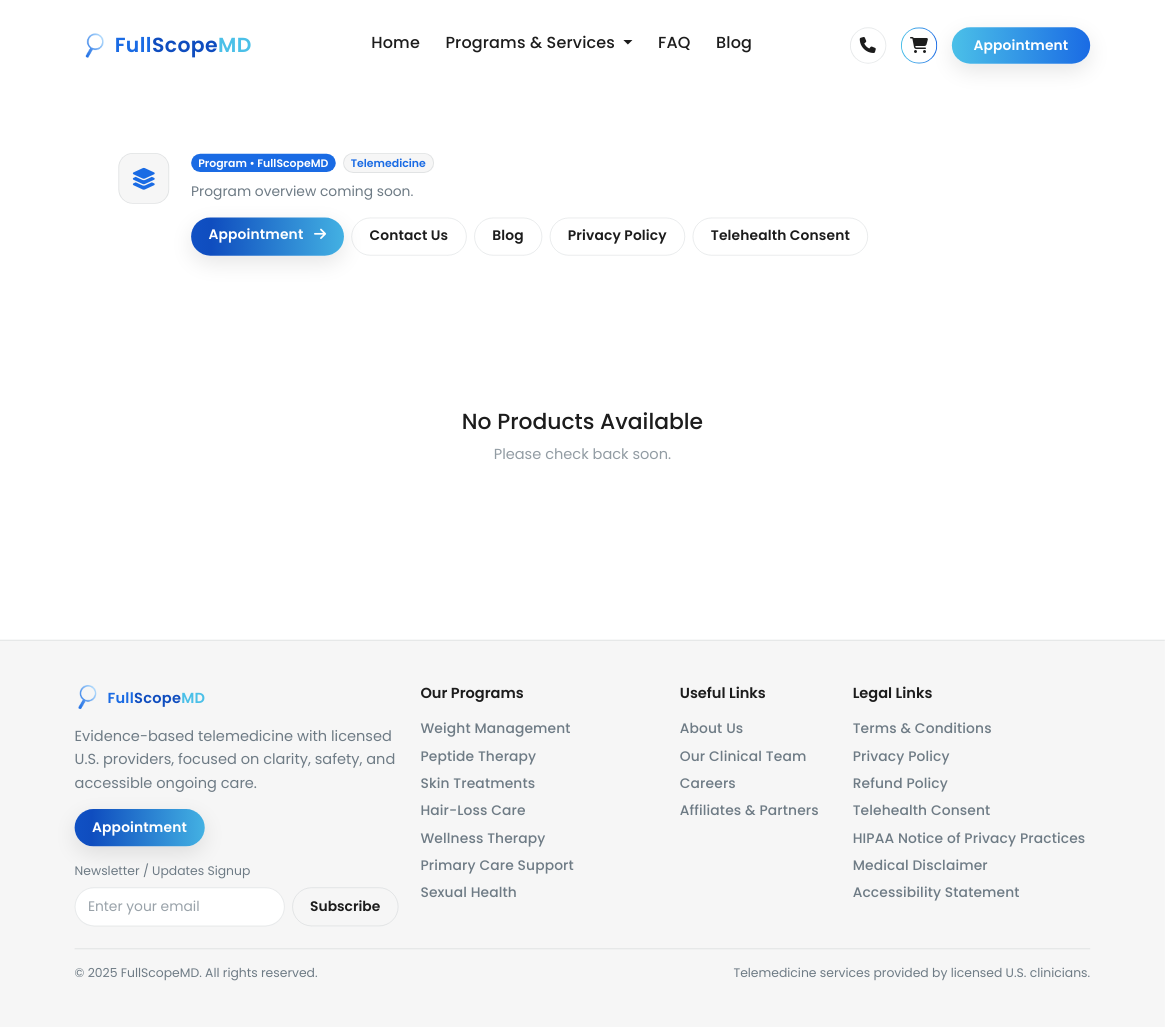
Repository: Jane-Li18/fullscopeMD
Page: app_fsMD/templates/category/prgrms_dtls.html
These files come from the project's save history. The page is drawn as it stood at one moment and after the next save; the edit follows.
The browser window is 1280 px wide. The pictures show the whole page, at 91% of full size.
The page is served by the project's application, run on Django 5.2 (manage.py). Other server files are loaded and not shown. The page reads the database file committed with the project. The template is opened directly, without the code that normally fills it, so the values that code supplies are empty.

Above is the page before, as saved 2025-12-20 00:12:30.

### app_fsMD/templates/category/prgrms_dtls.html
{% extends "base.html" %}
{% load static %}

{% block title %}{{ category.name }}{% endblock %}

{% block content %}

<section class="py-5">
  <div class="container py-2 py-lg-4">

    <div class="row justify-content-center mb-4">
      <div class="col-12 col-lg-12">
        <div class="p-lg-5 bg-white fade-in-up fade-in delay-1 fade-blocked">
          <div class="d-flex flex-column flex-md-row align-items-start gap-3 gap-lg-4">

            <div class="flex-shrink-0">
              <div class="rounded-4 d-inline-flex align-items-center justify-content-center bg-muted border-brand"
                   style="width:56px;height:56px;">
                <i class="fa-solid fa-layer-group fs-4 text-primary-accent"></i>
              </div>
            </div>

            <div class="flex-grow-1">
              <div class="d-flex flex-wrap align-items-center gap-2 mb-2">
                <span class="badge rounded-pill bg-primary-accent">
                  {% if category.kind == "service" %}
                    Service
                  {% else %}
                    Program
                  {% endif %}
                  • FullScopeMD
                </span>
                <span class="badge rounded-pill bg-muted border-brand text-primary-accent">Telemedicine</span>
              </div>

              <h1 class="mb-2">{{ category.name }}</h1>

              {% if category.short_description %}
                <p class="mb-0 text-body-sm">{{ category.short_description|linebreaksbr }}</p>
              {% else %}
                <p class="mb-0 text-body-sm">Program overview coming soon.</p>
              {% endif %}

              <div class="d-flex flex-wrap gap-2 mt-3">
                <a href="#appointment" class="btn btn-primary btn-sm">
                  Appointment <i class="fa-solid fa-arrow-right ms-2 icon-solid"></i>
                </a>
                <a href="{% url 'contact' %}" class="btn btn-outline-primary btn-sm">Contact Us</a>
                <a href="{% url 'blgs_updts' %}" class="btn btn-outline-primary btn-sm">Blog</a>
                <a href="{% url 'privacy_policy' %}" class="btn btn-outline-primary btn-sm">Privacy Policy</a>
                <a href="{% url 'telehealth_consent' %}" class="btn btn-outline-primary btn-sm">Telehealth Consent</a>
              </div>
            </div>

          </div>
        </div>
      </div>
    </div>

    {# ✅ ONLY products for this category are already in `products` from your view #}
    {# ✅ Hide filter bar by passing categories=None #}
    {% include "home/h_prdcts.html" with show_header=False categories=None products=products %}

    {% if category.long_description %}
      <div class="row justify-content-center mt-5">
        <div class="col-12 col-lg-10">
          <div class="p-4 p-lg-5 bg-muted rounded-4 border-brand shadow-sm-brand fade-in-up fade-in delay-3 fade-blocked scroll-animate">

            <div class="d-flex align-items-center gap-2 mb-2">
              <i class="fa-solid fa-shield-heart text-primary-accent"></i>
              <h2 class="mb-0" style="font-size: var(--font-size-h3);">Clinical overview</h2>
            </div>

            <div class="text-body-sm">{{ category.long_description|linebreaksbr }}</div>

            <div class="d-flex flex-wrap gap-2 mt-3">
              <a href="#appointment" class="btn btn-primary btn-sm">Appointment</a>
              <a href="{% url 'contact' %}" class="btn btn-outline-primary btn-sm">Contact Us</a>
              <a href="{% url 'terms_conditions' %}" class="btn btn-outline-primary btn-sm">Terms</a>
              <a href="{% url 'privacy_policy' %}" class="btn btn-outline-primary btn-sm">Privacy</a>
            </div>

          </div>
        </div>
      </div>
    {% endif %}

  </div>
</section>

{% endblock content %}

### db.sqlite3 (the tables this page reads, as SQL)
CREATE TABLE "app_fsMD_category" ("id" integer NOT NULL PRIMARY KEY AUTOINCREMENT, "name" varchar(120) NOT NULL UNIQUE, "slug" varchar(140) NOT NULL UNIQUE, "sort_order" integer unsigned NOT NULL CHECK ("sort_order" >= 0), "is_active" bool NOT NULL, "long_description" text NOT NULL, "short_description" text NOT NULL, "image" varchar(100) NULL, "kind" varchar(10) NOT NULL);
INSERT INTO "app_fsMD_category" VALUES
(1, 'Weight Management', 'weight-management', 1, 1, 'Our Weight Management program provides structured, medically supervised care built around your goals. You’ll receive clinician-guided dosing plans, access to evidence-based medications when appropriate, and consistent follow-up support to help you stay on track. This program focuses on safe, sustainable progress with clear guidance, progress monitoring, and adjustments over time for the best long-term outcomes.', 'Personalized, provider-guided weight management programs using clinically supported medications to help you lose weight safely and sustainably.', 'categories/weight-management/card1.jpg', 'program'),
(2, 'Peptide Therapy', 'peptide-therapy', 2, 1, 'Our Peptide Therapy program offers evidence-informed peptide protocols tailored to your needs and monitored by a provider. Plans are designed to support metabolic efficiency, recovery, energy balance, and sleep quality. Your treatment is guided with ongoing oversight, progress tracking, and adjustments as needed—so you get a personalized approach focused on safety, tolerability, and measurable wellness improvements.', 'Targeted peptide protocols designed to support metabolism, recovery, energy, sleep, and whole-body wellness—guided by licensed providers.', 'categories/peptide-therapy/card2.jpg', 'program'),
(3, 'Skin Treatments', 'skin-treatments', 3, 1, 'Our Skin Treatments program provides medical-grade, prescription skincare built around your specific concerns and skin type. Providers create tailored protocols to improve clarity, texture, and tone—addressing common issues like acne, aging, hyperpigmentation, and inflammation. Care includes guidance on how to use treatments correctly, expected timelines, and follow-up support to optimize results safely.', 'Prescription-based skincare for acne, aging, discoloration, inflammation, and other dermatologic concerns—personalized to your skin.', 'categories/skin-treatments/card3.jpg', 'program'),
(4, 'Hair-Loss Care', 'hair-loss-care', 4, 1, 'Our Hair-Loss Care program offers personalized treatment plans for both men and women, using clinically supported oral and topical therapies. Your provider evaluates your goals and hair concerns, then recommends a plan designed to support regrowth, thickness, and long-term density. Ongoing monitoring helps ensure your regimen remains effective, well-tolerated, and aligned with your progress.', 'Clinically supported hair-loss treatments for men and women, including oral and topical options to support regrowth and density.', 'categories/hair-loss-care/card4.jpg', 'program'),
(5, 'Wellness Therapy', 'wellness-therapy', 5, 1, 'Our Wellness Therapy program includes evidence-based nutrient and wellness-support options aimed at improving daily energy, metabolic function, and overall vitality. Treatment plans are provider-directed and aligned with your goals, with protocols selected to support performance and well-being. You’ll receive clear guidance, safety-focused oversight, and adjustments over time to help you feel and function at your best.', 'Wellness-support therapies like B12, MIC+B12, NAD+, and more—designed to improve energy, metabolism, and overall vitality.', 'categories/wellness-therapy/card5.jpg', 'program'),
(6, 'Primary Care Support', 'primary-care-support', 6, 1, 'Our Primary Care Support program makes it easier to get timely medical guidance for common concerns and ongoing health needs. With swift access to care and real-time provider consultations, you can address everyday issues, manage chronic conditions, and receive dependable follow-up without unnecessary delays. The focus is simple, accessible medical support with continuity and clarity.', 'Telehealth visits for everyday medical needs and chronic care support—with fast access to licensed clinicians and reliable follow-up.', 'categories/primary-care-support/card6.jpg', 'service'),
(7, 'Sexual Health', 'sexual-health', 7, 1, 'Our Sexual Health program provides discreet, provider-led telehealth care focused on assessment, education, and personalized treatment options. You’ll receive a clinical evaluation, clear recommendations, and follow-up support to help address sexual health concerns safely and effectively. Care is confidential, medically guided, and designed to support long-term outcomes—not just short-term fixes.', 'Confidential, clinician-led telehealth care for sexual health concerns—complete with evaluation, treatment options, and ongoing support.', 'categories/sexual-health/card7.jpg', 'program');

CREATE TABLE "app_fsMD_product" ("id" integer NOT NULL PRIMARY KEY AUTOINCREMENT, "name" varchar(200) NOT NULL UNIQUE, "slug" varchar(220) NOT NULL UNIQUE, "short_details" text NOT NULL, "long_details" text NOT NULL, "price" decimal NOT NULL, "quantity" integer unsigned NOT NULL CHECK ("quantity" >= 0), "discount_type" varchar(10) NOT NULL, "discount_value" decimal NOT NULL, "is_active" bool NOT NULL, "requires_prescription" bool NOT NULL, "requires_consultation" bool NOT NULL, "created_at" datetime NOT NULL, "updated_at" datetime NOT NULL, "category_id" bigint NOT NULL REFERENCES "app_fsMD_category" ("id") DEFERRABLE INITIALLY DEFERRED, "main_image" varchar(100) NOT NULL);
INSERT INTO "app_fsMD_product" VALUES
(1, 'Semaglutide (GLP-1)', 'semaglutide-glp-1', 'Semaglutide is a clinically proven GLP-1 medication that helps reduce appetite, support steady fat loss, and improve metabolic balance. It enhances satiety, lowers cravings, and makes it easier to maintain consistent habits for long-term weight management.', 'Semaglutide is a GLP-1 receptor agonist that mimics the body’s natural hormone responsible for regulating appetite, digestion, and glucose control. By slowing gastric emptying and increasing feelings of fullness, Semaglutide helps reduce caloric intake, stabilize blood sugar levels, and support clinically significant weight reduction.

This medication is compounded through accredited U.S. pharmacies and prescribed only after a licensed provider reviews your medical history. Treatment begins at the lowest dose and is gradually increased under provider guidance to ensure safety, minimize side effects, and achieve optimal results. Semaglutide is recommended for adults seeking medically supervised weight management with structured dosing, ongoing monitoring, and evidence-based outcomes.', 100, 99, 'none', 0, 1, 1, 0, '2025-12-14 16:28:48.986412', '2025-12-19 19:00:31.990109', 1, 'products/semaglutide-glp-1/main/Semaglutide_0zCV37U.png'),
(3, 'Tirzepatide', 'tirzepatide', 'Tirzepatide is a powerful, modern weight-loss medication designed to help reduce appetite and support steady, sustainable fat loss. It works by enhancing feelings of fullness and helping the body respond better to food, making it easier to stay consistent with a healthier lifestyle.', 'Tirzepatide is a dual-incretin agonist that activates both GLP-1 and GIP hormone receptors. These pathways regulate appetite, gastric emptying, glucose control, and overall metabolic efficiency. By targeting both mechanisms, Tirzepatide can significantly reduce caloric intake, improve insulin sensitivity, and support meaningful weight reduction over time.This medication is compounded through accredited U.S. pharmacies and prescribed only after a licensed provider reviews your health history. Treatment begins at the lowest available dose and is gradually increased under provider direction to ensure safety, tolerability, and optimal clinical outcomes. Tirzepatide is recommended for adults seeking medically supervised weight management with structured dosing, ongoing monitoring, and evidence-based treatment results.', 120, 99, 'none', 0, 1, 0, 0, '2025-12-16 17:29:51.319305', '2025-12-19 19:00:01.518968', 1, 'products/tirzepatide/main/Tirzepatide_iG3dHCp.png'),
(4, 'AOD-9604 / MOTS-C / Tesamorelin', 'aod-9604-mots-c-tesamorelin', 'AOD-9604 / MOTS-C / Tesamorelin is an advanced peptide combination designed to support fat metabolism, metabolic efficiency, and body composition. This multi-pathway approach targets fat breakdown, cellular energy production, and growth hormone signaling to help optimize metabolic health under medical supervision.', 'AOD-9604 / MOTS-C / Tesamorelin is a coordinated peptide combination formulated to support metabolic performance and body composition through multiple pathways.

AOD-9604 is a synthetic peptide derived from a specific fragment of human growth hormone (HGH) that supports fat metabolism by stimulating lipolysis and reducing fat storage without affecting appetite, insulin levels, or endogenous growth hormone production.

MOTS-C is a mitochondrial-derived peptide involved in regulating cellular energy balance, insulin sensitivity, and metabolic signaling. It supports mitochondrial efficiency and glucose utilization, contributing to improved metabolic performance and energy regulation.

Tesamorelin is a growth hormone–releasing hormone (GHRH) analog that stimulates the body’s natural production of growth hormone. By enhancing physiologic GH secretion, Tesamorelin supports fat metabolism, particularly visceral fat reduction, while maintaining normal feedback control within the endocrine system.

Together, AOD-9604, MOTS-C, and Tesamorelin provide a comprehensive metabolic support strategy by addressing fat breakdown, cellular energy production, and growth hormone signaling simultaneously. This coordinated approach supports improvements in body composition, metabolic efficiency, and long-term wellness when used as part of a medically supervised program.

This peptide combination is compounded through accredited U.S. pharmacies and prescribed only after a licensed provider reviews your health history. Treatment protocols are individualized and adjusted under provider oversight to ensure safety, tolerability, and appropriate clinical monitoring. AOD-9604 / MOTS-C / Tesamorelin is recommended for adults seeking medically supervised metabolic optimization, body composition support, and evidence-based peptide therapy.', 150, 99, 'none', 0, 1, 1, 0, '2025-12-16 17:34:08.380807', '2025-12-19 19:00:25.231508', 1, 'products/aod-9604-mots-c-tesamorelin/main/AOD-9604__MOTS-C__Tesamorelin_nt6RE6l.png'),
(5, 'AOD-9604 / MOTS-C', 'aod-9604-mots-c', 'AOD-9604 / MOTS-C is an advanced peptide therapy designed to support fat metabolism, cellular energy production, and overall metabolic health. This combination helps promote fat loss while supporting mitochondrial function, making it well-suited for individuals focused on body composition and metabolic optimization.', 'AOD-9604 / MOTS-C is a dual-peptide therapy formulated to support metabolic performance and body composition through complementary mechanisms.

AOD-9604 is a synthetic peptide derived from a specific fragment of human growth hormone (HGH) that targets fat metabolism by stimulating lipolysis and reducing fat storage without impacting appetite, growth hormone levels, or blood sugar regulation.

MOTS-C is a mitochondrial-derived peptide that plays a role in regulating energy balance, insulin sensitivity, and metabolic signaling. It supports cellular efficiency by enhancing glucose utilization and promoting healthy mitochondrial activity, which is essential for energy production and metabolic performance.

Together, AOD-9604 and MOTS-C provide a complementary approach to metabolic support by targeting both fat breakdown and cellular energy pathways. This dual mechanism supports improved body composition, metabolic efficiency, and sustainable wellness outcomes over time.

This peptide combination is compounded through accredited U.S. pharmacies and provided only after a licensed provider reviews your health history. Treatment protocols are individualized and guided by clinical oversight to ensure safety, tolerability, and alignment with patient goals. AOD-9604 / MOTS-C is recommended for adults seeking medically supervised metabolic support, fat-loss optimization, and evidence-based peptide therapy.', 200, 99, 'none', 0, 1, 0, 0, '2025-12-16 17:39:54.386269', '2025-12-19 19:00:18.417207', 1, 'products/aod-9604-mots-c/main/AOD-9604__MOTS-C_8ZiSQWs.png'),
(6, 'AOD-9604', 'aod-9604', 'AOD-9604 is a targeted peptide therapy designed to support fat metabolism and body composition. It helps encourage fat breakdown without affecting appetite or blood sugar, making it an option for individuals focused on metabolic support and fat-loss optimization.', 'AOD-9604 is a synthetic peptide derived from a specific fragment of human growth hormone (HGH). It is designed to stimulate lipolysis (fat breakdown) while limiting lipogenesis (fat storage), supporting a healthier metabolic profile without influencing growth hormone or insulin levels.

Unlike traditional weight-loss medications, AOD-9604 works at the cellular level to enhance fat metabolism without suppressing appetite or altering glucose regulation. This makes it a complementary option for patients seeking body composition support as part of a broader wellness or weight-management plan.

This peptide is compounded through accredited U.S. pharmacies and provided only after a licensed provider reviews your health history. Treatment protocols are individualized and guided by clinical oversight to ensure safety, tolerability, and alignment with patient goals. AOD-9604 is recommended for adults seeking medically supervised metabolic support, fat-loss optimization, and evidence-based peptide therapy.', 250, 99, 'none', 0, 1, 0, 0, '2025-12-16 17:40:19.528969', '2025-12-19 19:00:11.127993', 1, 'products/aod-9604/main/AOD-9604_hJqFNTx.png');

Loaded but not shown: app_fsMD/static/css/style.css (library); app_fsMD/static/css/navbar.css (library); app_fsMD/static/css/home/h_home.css (library); app_fsMD/static/js/script.js (1209 lines, source omitted); app_fsMD/templates/navbar/navsidebar.html (208 lines, source omitted); app_fsMD/views.py (322 lines, source omitted); app_fsMD/templates/navbar/navbar.html (164 lines, source omitted); app_fsMD/templates/home/h_prdcts.html (141 lines, source omitted); app_fsMD/templates/base.html (141 lines, source omitted); app_fsMD/models.py (168 lines, source omitted); app_fsMD/templates/footer.html (111 lines, source omitted); app_fsMD/static/css/components/appointment.css (36 lines, source omitted); app_fsMD/cart.py (77 lines, source omitted); app_fsMD/static/css/components/mrqs.css (1 lines, source omitted); app_fsMD/urls.py (28 lines, source omitted); app_fsMD/static/css/footer.css (69 lines, source omitted); project_fsMD/urls.py (19 lines, source omitted); app_fsMD/templates/components/loader.html (26 lines, source omitted); app_fsMD/context_processors.py (16 lines, source omitted)

After the next save:
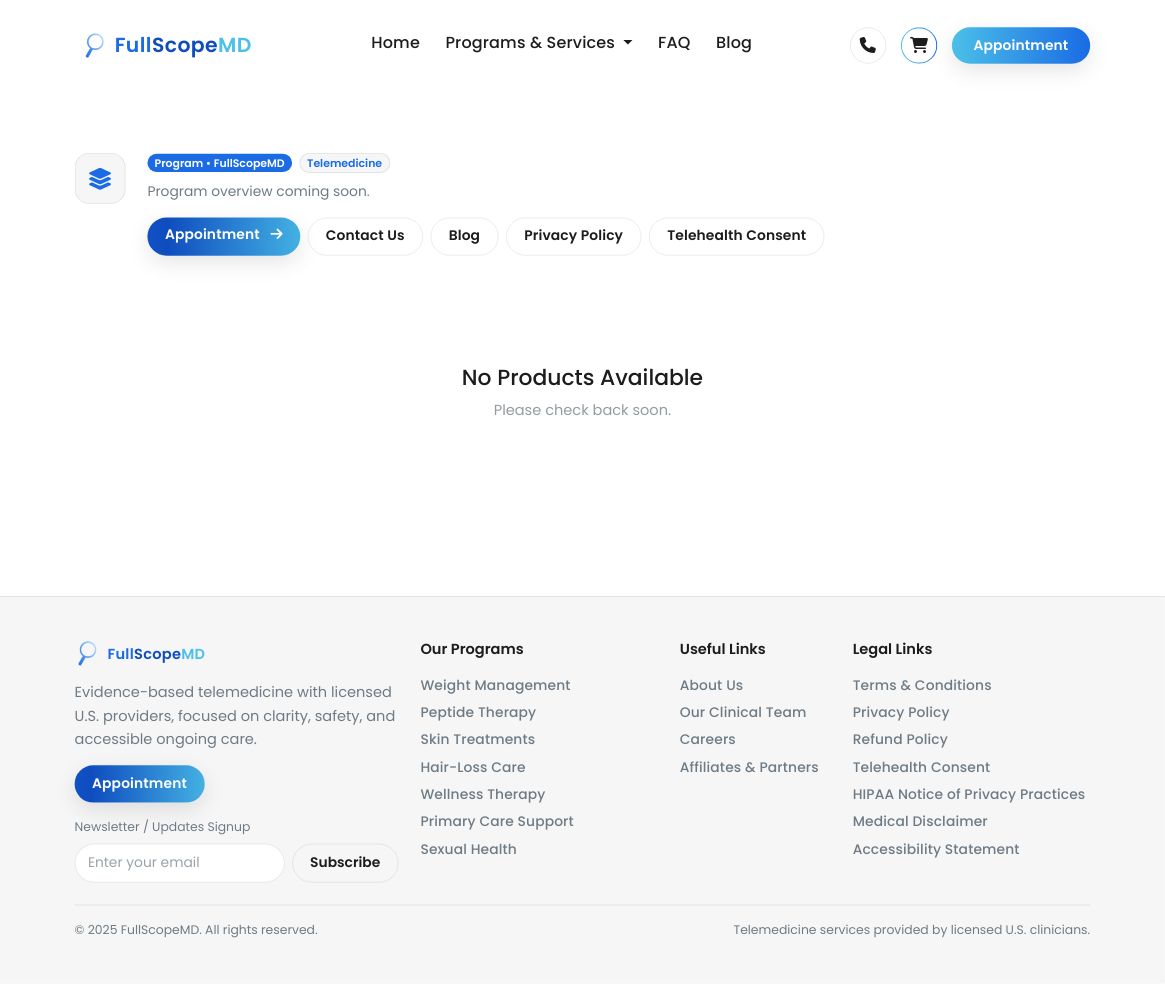
Saved 38 s later.
--- a/app_fsMD/templates/category/prgrms_dtls.html
+++ b/app_fsMD/templates/category/prgrms_dtls.html
@@ -10,7 +10,7 @@
 
     <div class="row justify-content-center mb-4">
       <div class="col-12 col-lg-12">
-        <div class="p-lg-5 bg-white fade-in-up fade-in delay-1 fade-blocked">
+        <div class="pt-5 bg-white fade-in-up fade-in delay-1 fade-blocked">
           <div class="d-flex flex-column flex-md-row align-items-start gap-3 gap-lg-4">
 
             <div class="flex-shrink-0">

After the save that followed:
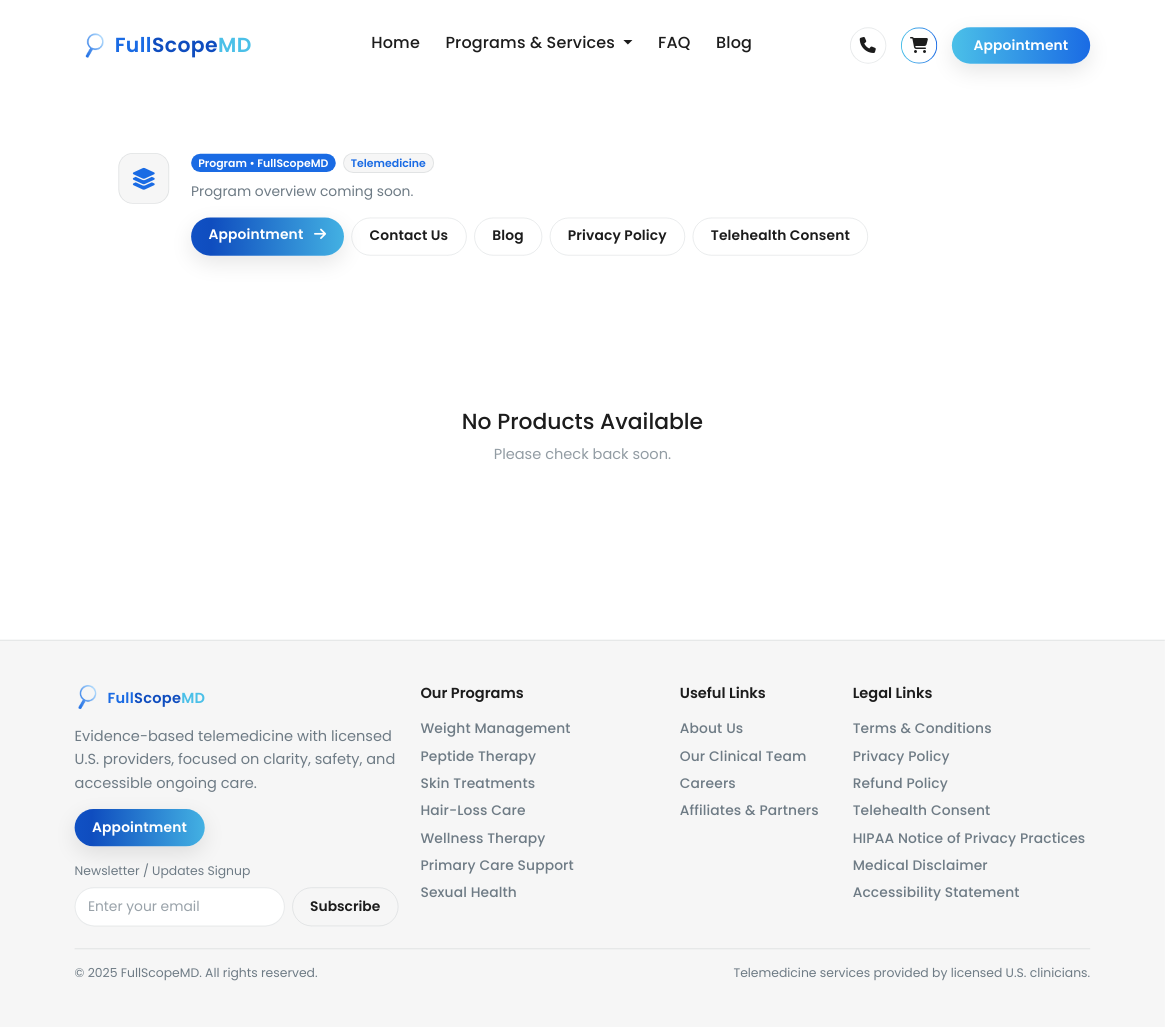
Saved 26 s later.
--- a/app_fsMD/templates/category/prgrms_dtls.html
+++ b/app_fsMD/templates/category/prgrms_dtls.html
@@ -10,7 +10,7 @@
 
     <div class="row justify-content-center mb-4">
       <div class="col-12 col-lg-12">
-        <div class="pt-5 bg-white fade-in-up fade-in delay-1 fade-blocked">
+        <div class="p-lg-5 bg-white fade-in-up fade-in delay-1 fade-blocked">
           <div class="d-flex flex-column flex-md-row align-items-start gap-3 gap-lg-4">
 
             <div class="flex-shrink-0">
